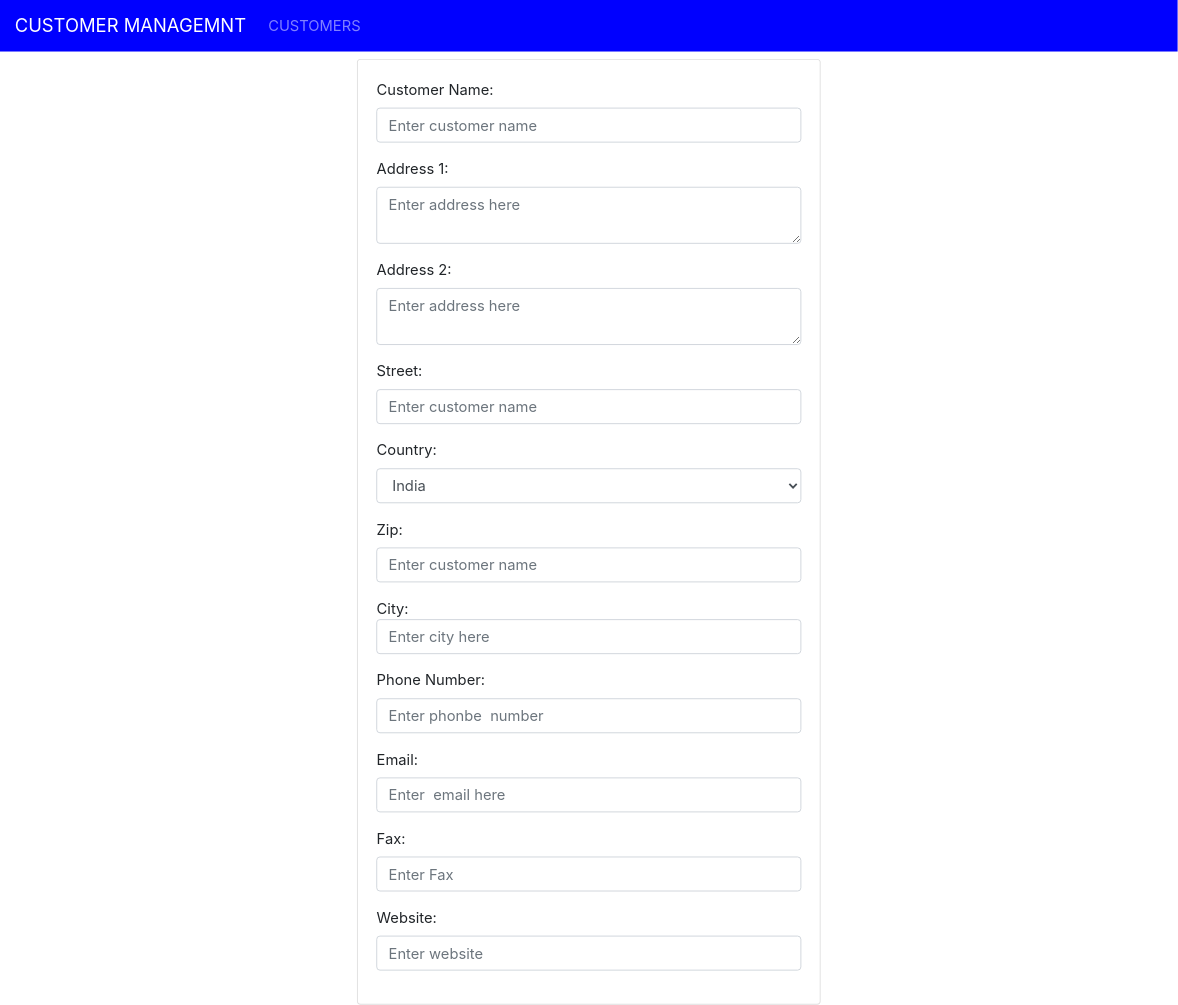
Repository: shruti-2522/webdirekt-assignment
Page: http://localhost/Customer-Project/customer-form.jsp
An editor plug-in stored every save of this project. The page is shown before and after the next save, followed by the edit.
The browser window is 1280 px wide. The pictures show the whole page, at 92% of full size.
The page is served by Tomcat 9. Other server files are loaded and not shown.

Above is the page before, as saved 2021-07-05 10:43:15.

### Customer-Project/src/main/webapp/customer-form.jsp
<%@ page language="java" contentType="text/html; charset=ISO-8859-1"
	pageEncoding="ISO-8859-1"%>
<!DOCTYPE html>
<html>
<head>
<meta charset="ISO-8859-1">
<title>Add Customer</title>
<link rel="stylesheet"
	href="https://cdn.jsdelivr.net/npm/bootstrap@4.5.3/dist/css/bootstrap.min.css"
	integrity="sha384-TX8t27EcRE3e/ihU7zmQxVncDAy5uIKz4rEkgIXeMed4M0jlfIDPvg6uqKI2xXr2"
	crossorigin="anonymous">
</head>
<body>

	<header>
		<nav class="navbar navbar-expand-md navbar-dark"
			style="background-color: blue">
			<div>
				<a class="navbar-brand">CUSTOMER MANAGEMNT</a>
			</div>

			<ul class="navbar-nav">
				<li><a href="<%=request.getContextPath()%>/list"
					class="nav-link">CUSTOMERS</a></li>
			</ul>
		</nav>


	</header>

	<div class="container col-md-5 mt-2">
		<div class="card">
			<div class="card-body">

				<fieldset class="form-group">
					<label>Customer Name:</label> <input type="text"
						class="form-control" placeholder="Enter customer name" name="name"
						required>
				</fieldset>


				<fieldset class="form-group">
					<label>Address 1:</label>
					<textarea class="form-control" name="addr1" placeholder="Enter address here" ></textarea>
			</fieldset>



				<fieldset class="form-group">
					<label>Address 2:</label>
					<textarea class="form-control" name="addr2" placeholder="Enter address here" ></textarea>
			</fieldset>

			<fieldset class="form-group">
					<label>Street:</label> <input type="text"
						class="form-control" placeholder="Enter customer name" name="street"
						>
				</fieldset>


			<fieldset class="form-group">
					<label>Country:</label>

					<select name="country"  class="form-control">
					<option>India</option>
					<option>America</option>
				    <option>Chin</option>
				    <option>Other</option>
					</select>
				</fieldset>

	<fieldset class="form-group">
					<label>Zip:</label> <input type="number"
						class="form-control" placeholder="Enter customer name" name="zip"
						>
				</fieldset>


				<fieldset class="form-group">
					<labell>City:</label> <input type="text"
						class="form-control" placeholder="Enter city here" name="city"
						>
				</fieldset>

					<fieldset class="form-group">
					<label>Phone Number:</label> <input type="number"
						class="form-control" placeholder="Enter phonbe  number" name="phone"
						>
				</fieldset>
				<fieldset class="form-group">
					<label>Email:</label> <input type="number"
						class="form-control" placeholder="Enter  email here" name="email"
						>
				</fieldset>

				<fieldset class="form-group">
					<label>Fax:</label> <input type="number"
						class="form-control" placeholder="Enter Fax" name="fax"
						>
				</fieldset>
				<fieldset class="form-group">
					<label>Website:</label> <input type="number"
						class="form-control" placeholder="Enter website" name="web"
						>
				</fieldset>

			</div>

		</div>
	</div>




</body>
</html>

After the next save:
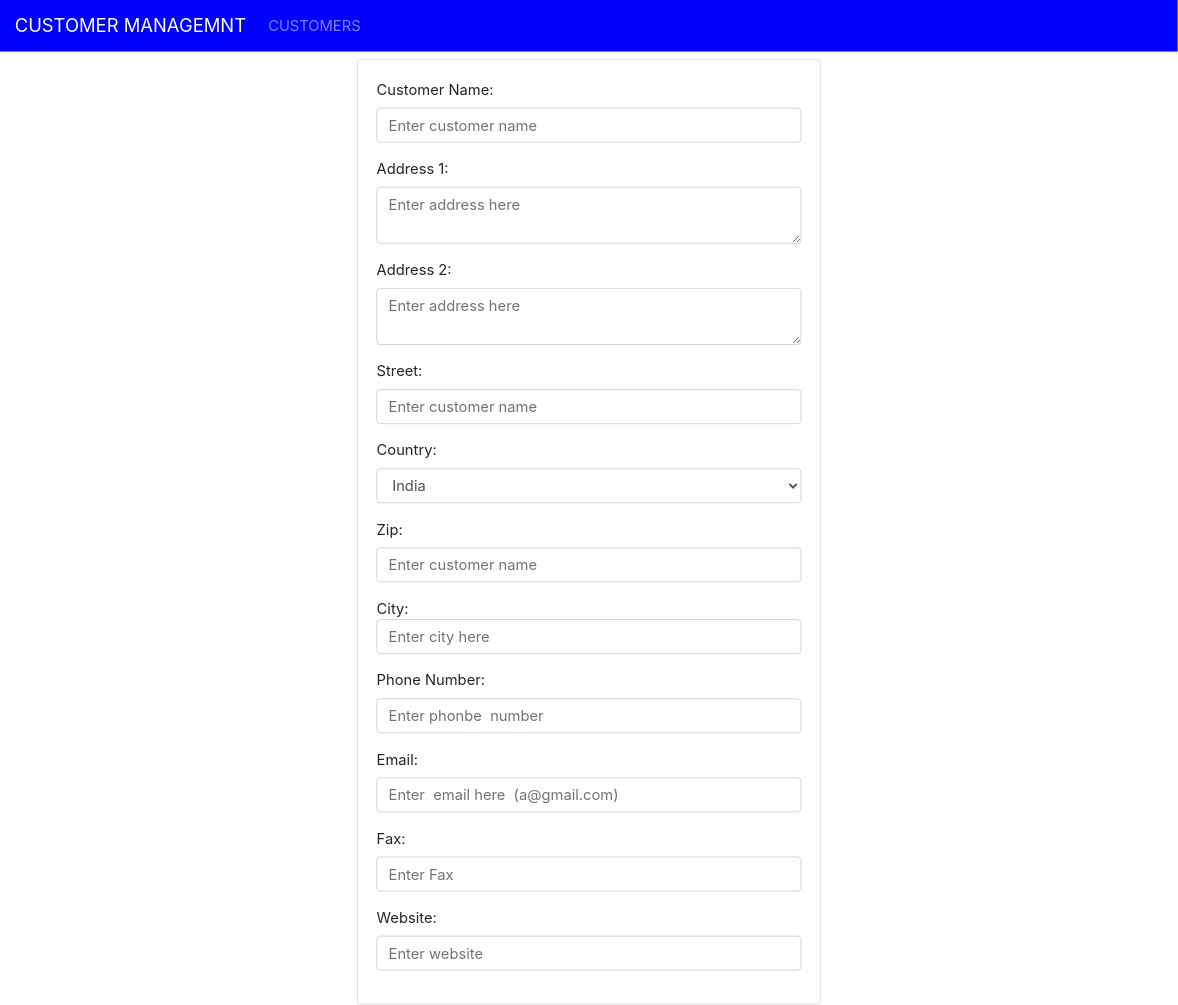
Saved 14 s later.
--- a/Customer-Project/src/main/webapp/customer-form.jsp
+++ b/Customer-Project/src/main/webapp/customer-form.jsp
@@ -89,7 +89,7 @@
 				</fieldset>
 				<fieldset class="form-group">
 					<label>Email:</label> <input type="number"
-						class="form-control" placeholder="Enter  email here" name="email"
+						class="form-control" placeholder="Enter  email here  (a@gmail.com)" name="email"
 						>
 				</fieldset>
 
